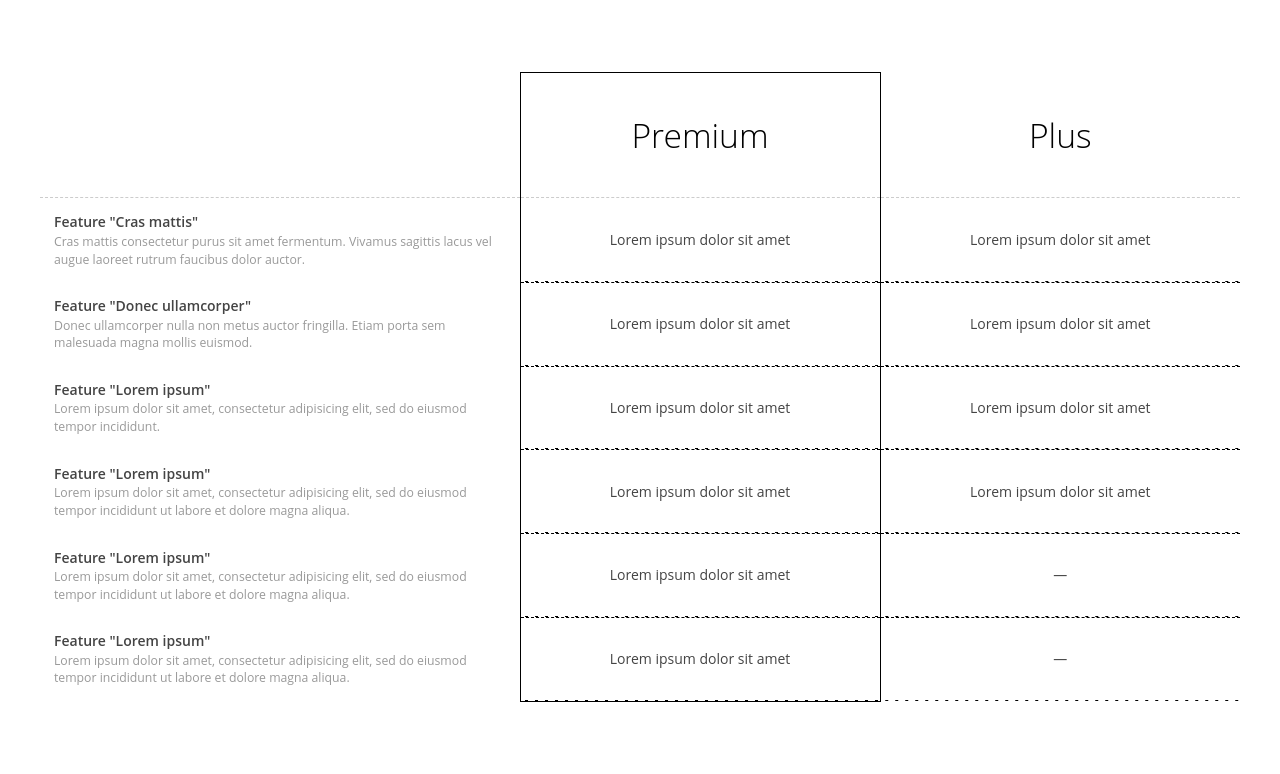
Repository: darlino/gotyu_shopify_section
Page: gotyu_table210223/index.html
The author's editor kept a copy of each file at every save. The page is drawn from the files as they stood at one save, then again after the next save.
The browser window is 1280 px wide. The pictures show the whole page.

Above is the page before, as saved 2023-02-21 13:01:49.

### gotyu_table210223/index.html
<!DOCTYPE html>
<html lang="en">
  <head>
    <meta charset="UTF-8" />
    <meta http-equiv="X-UA-Compatible" content="IE=edge" />
    <meta name="viewport" content="width=device-width, initial-scale=1.0" />
    <title>Document</title>
    <link rel="stylesheet" href="style.css" />
    <link rel="preconnect" href="https://fonts.googleapis.com" />
    <link rel="preconnect" href="https://fonts.gstatic.com" crossorigin />
    <link
      href="https://fonts.googleapis.com/css2?family=Montserrat&display=swap"
      rel="stylesheet"
    />
  </head>
  <body>
    <table>
      <colgroup></colgroup>
      <colgroup></colgroup>
      <colgroup></colgroup>

      <thead>
        <tr>
          <th>&nbsp;</th>
          <th>
            <h2>Premium</h2>
          </th>
          <th>
            <h2>Plus</h2>
          </th>
        </tr>
      </thead>

      <tbody>
        <tr>
          <th>
            Feature "Cras mattis"
            <span
              >Cras mattis consectetur purus sit amet fermentum. Vivamus
              sagittis lacus vel augue laoreet rutrum faucibus dolor
              auctor.</span
            >
          </th>
          <td>Lorem ipsum dolor sit amet</td>
          <td>Lorem ipsum dolor sit amet</td>
        </tr>
        <tr>
          <th>
            Feature "Donec ullamcorper"
            <span
              >Donec ullamcorper nulla non metus auctor fringilla. Etiam porta
              sem malesuada magna mollis euismod.</span
            >
          </th>
          <td>Lorem ipsum dolor sit amet</td>
          <td>Lorem ipsum dolor sit amet</td>
        </tr>
        <tr>
          <th>
            Feature "Lorem ipsum"
            <span
              >Lorem ipsum dolor sit amet, consectetur adipisicing elit, sed do
              eiusmod tempor incididunt.</span
            >
          </th>
          <td>Lorem ipsum dolor sit amet</td>
          <td>Lorem ipsum dolor sit amet</td>
        </tr>
        <tr>
          <th>
            Feature "Lorem ipsum"
            <span
              >Lorem ipsum dolor sit amet, consectetur adipisicing elit, sed do
              eiusmod tempor incididunt ut labore et dolore magna aliqua.</span
            >
          </th>
          <td>Lorem ipsum dolor sit amet</td>
          <td>Lorem ipsum dolor sit amet</td>
        </tr>
        <tr>
          <th>
            Feature "Lorem ipsum"
            <span
              >Lorem ipsum dolor sit amet, consectetur adipisicing elit, sed do
              eiusmod tempor incididunt ut labore et dolore magna aliqua.</span
            >
          </th>
          <td>Lorem ipsum dolor sit amet</td>
          <td>&mdash;</td>
        </tr>
        <tr>
          <th>
            Feature "Lorem ipsum"
            <span
              >Lorem ipsum dolor sit amet, consectetur adipisicing elit, sed do
              eiusmod tempor incididunt ut labore et dolore magna aliqua.</span
            >
          </th>
          <td>Lorem ipsum dolor sit amet</td>
          <td>&mdash;</td>
        </tr>
      </tbody>
    </table>
  </body>
</html>

### gotyu_table210223/style.css
body {
  background: #fff;
  font: 400 1em/1.4 "Open Sans", "Helvetica Neue", sans-serif;
  color: #333;
  text-align: center;
  padding: 4em 2em;
}

table {
  width: 100%;
  text-align: left;
  border-spacing: 0;
  border-collapse: collapse;
  -webkit-box-sizing: border-box;
  -moz-box-sizing: border-box;
  box-sizing: border-box;
  border: none;
}

th,
td {
  font-family: inherit;
  font-size: 0.875em;
  line-height: 1.45;
  color: #444;
  vertical-align: middle;
  padding: 1em;
}
th {
  font-weight: 600;
}

colgroup:nth-child(1) {
  width: 40%;
  border: 0 none;
}
colgroup:nth-child(3) {
  width: 30%;
}
colgroup:nth-child(2) {
  width: 30%;
  border: 1px solid #000;
  border-radius: 50%;
}

/* Tablehead */

thead th {
  text-align: center;
  position: relative;
  border-bottom: 1px dashed #ccc;
  padding: 10px 0px 10px;
  color: #999;
}
thead th:nth-child(1) {
  background: transparent;
}
thead th h2 {
  font-weight: 300;
  font-size: 2.4em;
  color: #000;
}
thead th h2 + p {
  font-size: 1.25em;
  line-height: 1.4;
}

thead th p.promo {
  font-size: 1em;
  color: #fff;
  position: absolute;
  top: 9em;
  left: -17px;
  z-index: 1000;
  width: 100%;
  margin: 0;
  padding: 0.625em 17px 0.75em;
  background: #c00;
  box-shadow: 0 2px 4px rgba(0, 0, 0, 0.25);
  border-bottom: 1px solid #900;
}

thead th p.promo:before {
  content: "";
  position: absolute;
  display: block;
  width: 0px;
  height: 0px;
  border-style: solid;
  border-width: 0 7px 7px 0;
  border-color: transparent #900 transparent transparent;
  bottom: -7px;
  left: 0;
}
thead th p.promo:after {
  content: "";
  position: absolute;
  display: block;
  width: 0px;
  height: 0px;
  border-style: solid;
  border-width: 7px 7px 0 0;
  border-color: #900 transparent transparent transparent;
  bottom: -7px;
  right: 0;
}

/* Tablebody */

tbody th {
  background: #fff;
}
tbody th span {
  font-weight: normal;
  font-size: 87.5%;
  color: #999;
  display: block;
}

tbody td {
  background: #fff;
  text-align: center;
  background-image: linear-gradient(
    to right,
    black 33%,
    rgba(255, 255, 255, 0) 0%
  );
  background-position: bottom;
  background-size: 10px 1px;
  background-repeat: repeat-x;
}

tbody tr:last-child td {
  border-bottom: 0 none;
}
tbody td {
  border-bottom: 0 none;
  border-top: 1px dashed #000;
}

/* Tablefooter */

After the next save:
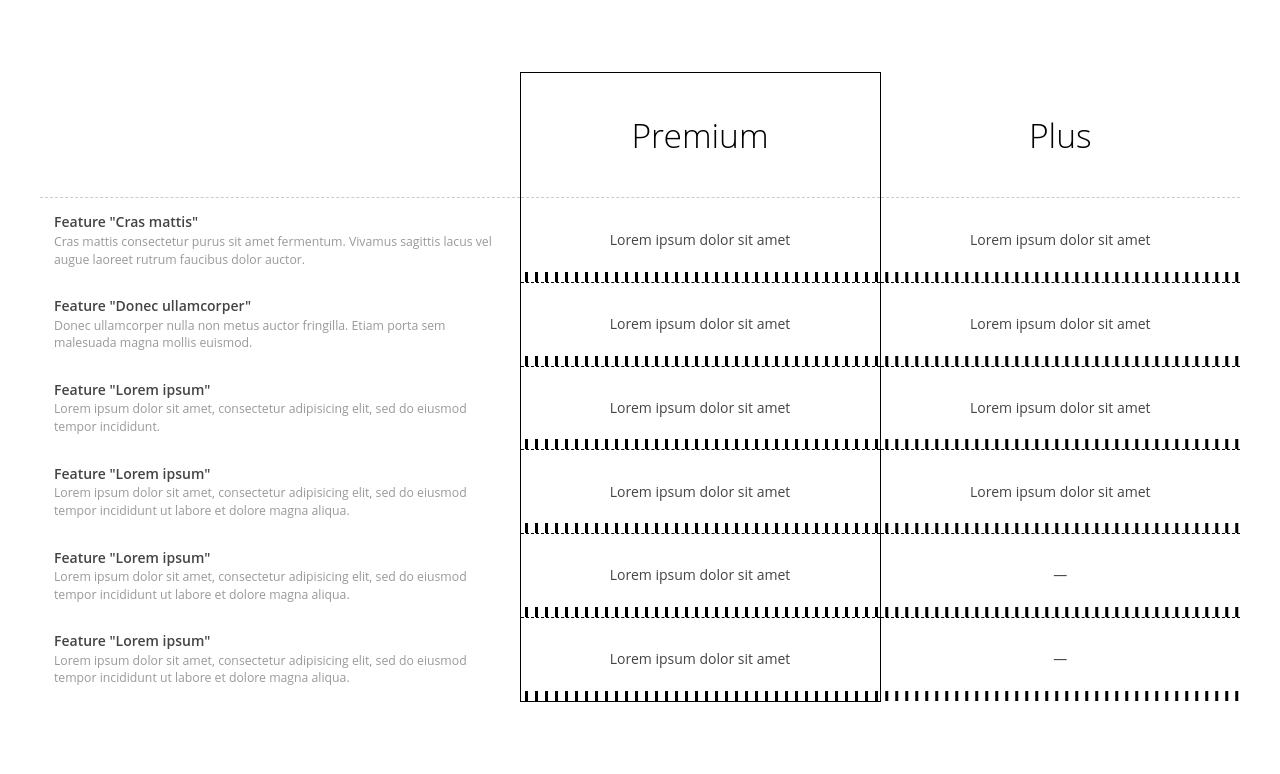
Saved 6 s later.
--- a/gotyu_table210223/style.css
+++ b/gotyu_table210223/style.css
@@ -126,7 +126,7 @@ tbody td {
     rgba(255, 255, 255, 0) 0%
   );
   background-position: bottom;
-  background-size: 10px 1px;
+  background-size: 10px 10px;
   background-repeat: repeat-x;
 }
 
